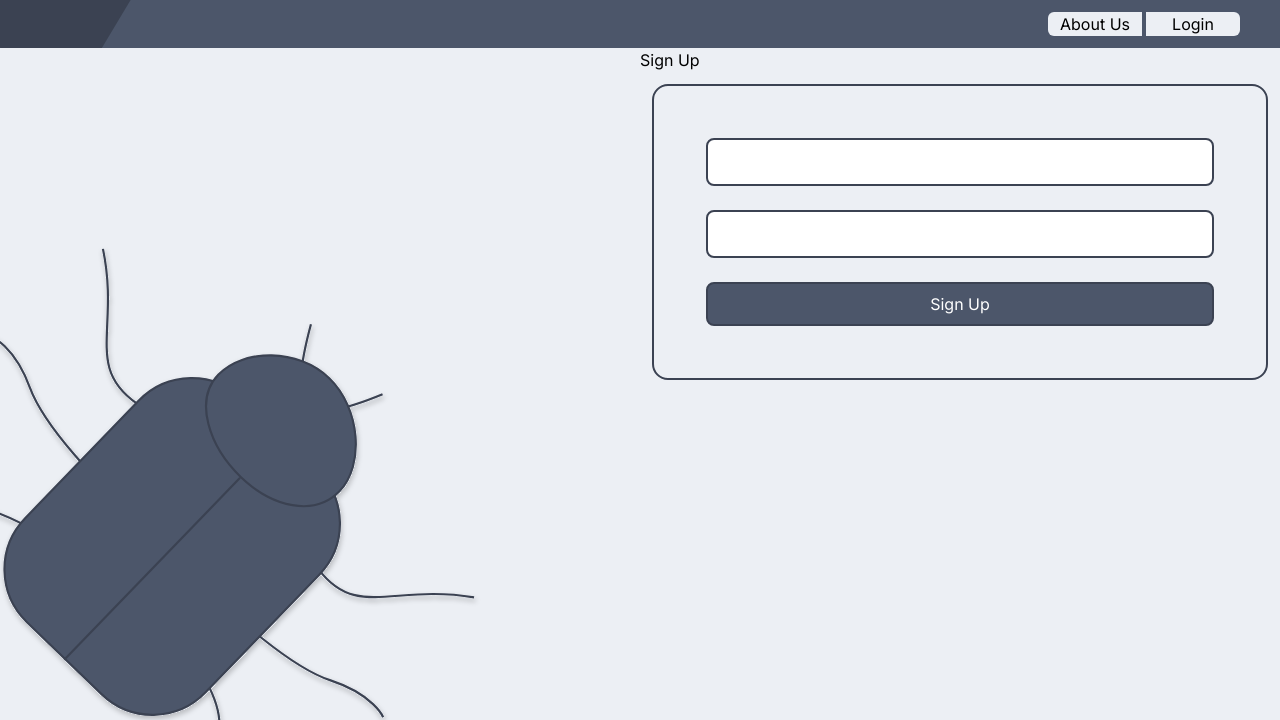
Repository: Qu4ntumGuy/project-bug
Page: /signup
The author's editor kept a copy of each file at every save. The page is drawn from the files as they stood at one save, then again after the next save.
The browser window is 1280 px wide. The pictures show the whole page.
The project was rebuilt for these pictures with package versions that can differ from the ones it lists, and the page was loaded fresh each time. The framework's server and built-in components were replaced by stand-ins that run in the browser. Also part of the build but not shown: next.config.mjs, src/components/Diamond.module.css, src/components/Navbar.js.

Above is the page before, as saved 2024-02-13 23:48:27.

After the next save:
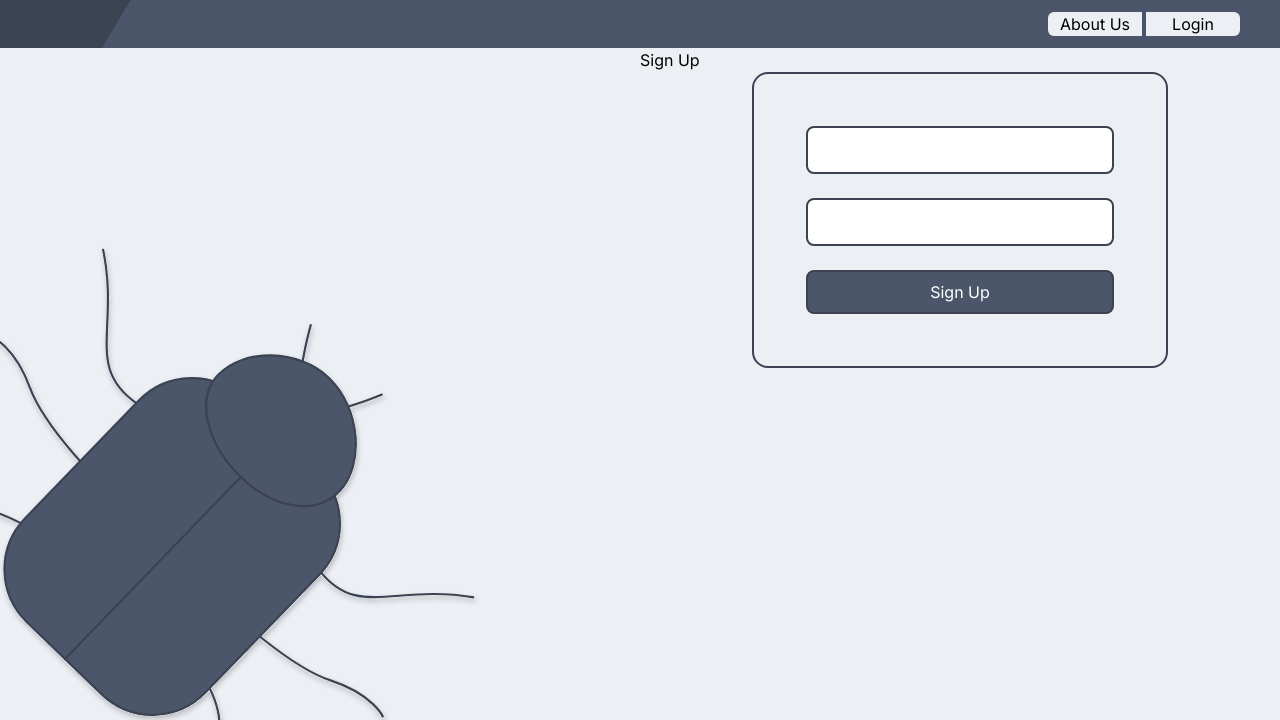
Saved 64 s later.
--- a/src/app/signup/page.js
+++ b/src/app/signup/page.js
@@ -14,7 +14,7 @@ export default function Signup() {
       </div>
       <div className="w-full flex flex-col">
         <div>Sign Up</div>
-        <form className=" max-w-3xl flex m-3 p-10 flex-col border-2 border-[#3B4252] rounded-2xl">
+        <form className=" max-w-3xl flex m-auto p-10 flex-col border-2 border-[#3B4252] rounded-2xl">
           <input
             className="rounded-lg border-2 border-[#3B4252] m-3 p-2 text-xl"
             type="text"
